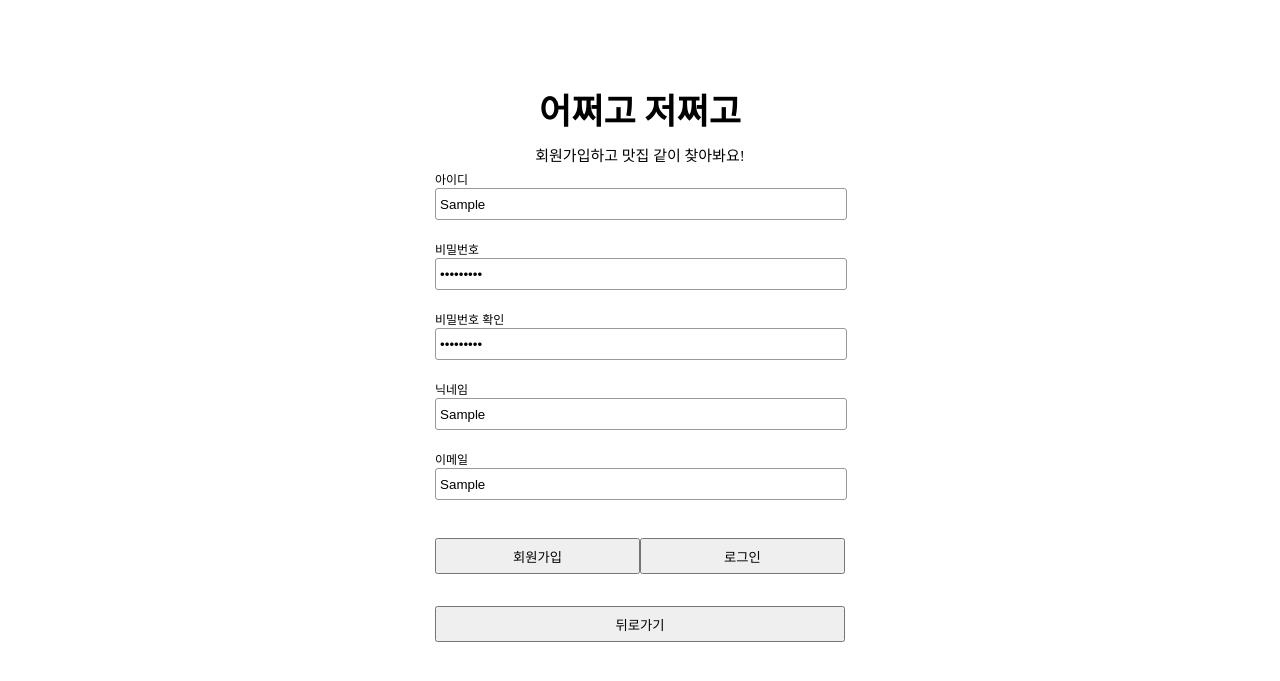
Repository: zzangyu/koreanFoodsProject
Page: http://localhost/koreanFoodsProject/koreanFoods/kFoods.do?cmd=signUp
These files come from the project's save history. The page is drawn as it stood at one moment and after the next save; the edit follows.
The browser window is 1280 px wide. The pictures show the whole page.
Empty fields were first filled with sample values (such as "Sample", 5 or name@example.com).
After loading, the first visible `#kf_id` was changed once.
Some web libraries are served in a nearby version. The page is served by Tomcat 9.

Above is the page before, as saved 2023-01-04 09:09:32.
Not found: koreanFoodsProject/IdCheckServlet

After the next save:
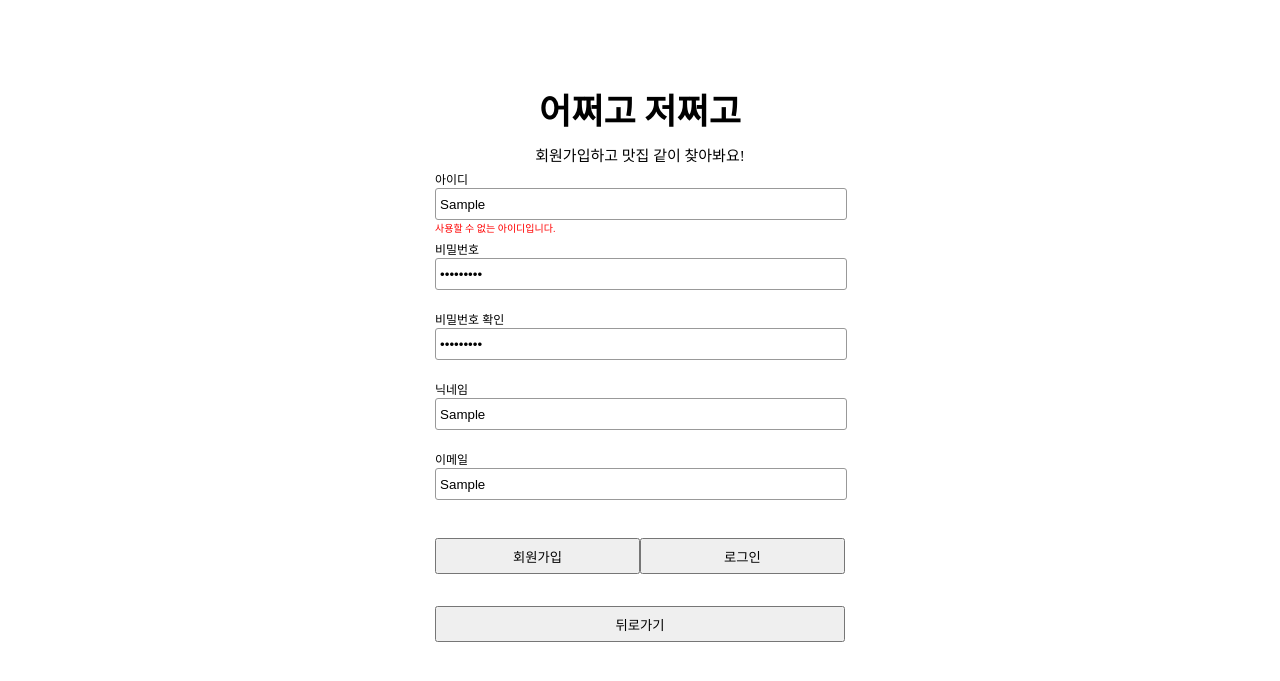
Saved 29 s later.
--- a/koreanFoodsProject/src/main/webapp/koreanFoods/js/loginCheck.js
+++ b/koreanFoodsProject/src/main/webapp/koreanFoods/js/loginCheck.js
@@ -2,7 +2,7 @@ function idCheck(){
 	var kf_id = $('#kf_id').val()
 	$.ajax({
 		type: 'POST',
-		url: 'http://localhost:8080/IdCheckServlet',
+		url: 'kfoods.do?cmd=signUp&id='+kf_id,
 		data: {kf_id : kf_id },
 		success: function(result) {
 			if(result == 1) {
